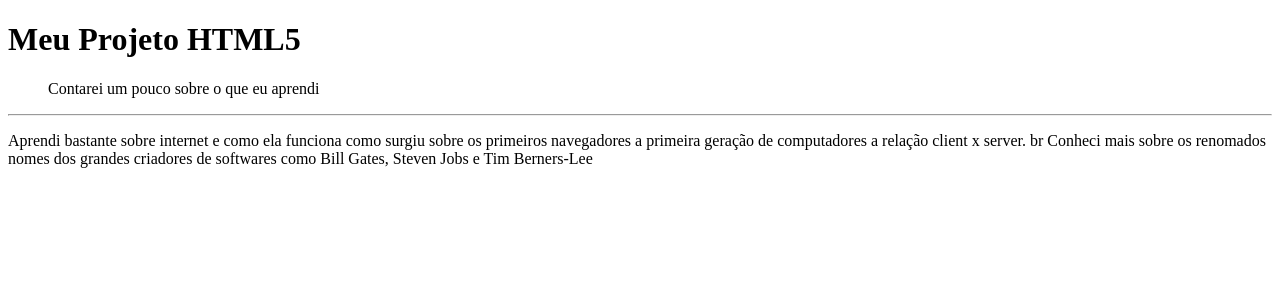
Repository: gustavotwist/meu-html
Page: index.html
These files come from the project's save history. The page is drawn as it stood at one moment and after the next save; the edit follows.
The browser window is 1280 px wide. The pictures show the whole page.

Above is the page before, as saved 2024-04-24 22:03:25.

After the next save:
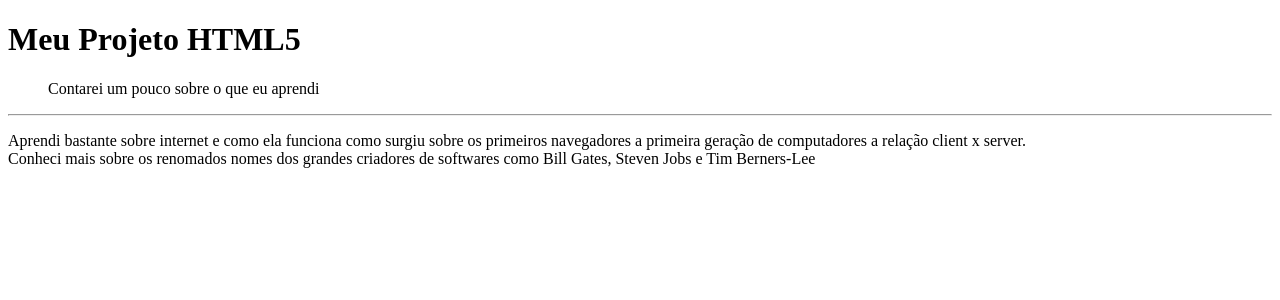
Saved 4 s later.
--- a/index.html
+++ b/index.html
@@ -9,7 +9,7 @@
     <h1>Meu Projeto HTML5</h1>
     <blockquote>Contarei um pouco sobre o que eu aprendi</blockquote><hr>
 
-    <p>Aprendi bastante sobre internet e como ela funciona como surgiu sobre os primeiros navegadores a primeira geração de computadores a relação client x server. br Conheci mais sobre os renomados nomes dos grandes criadores de softwares como Bill Gates, Steven Jobs e Tim Berners-Lee </p>
+    <p>Aprendi bastante sobre internet e como ela funciona como surgiu sobre os primeiros navegadores a primeira geração de computadores a relação client x server. <br> Conheci mais sobre os renomados nomes dos grandes criadores de softwares como Bill Gates, Steven Jobs e Tim Berners-Lee </p>
     <p></p>
 
 
